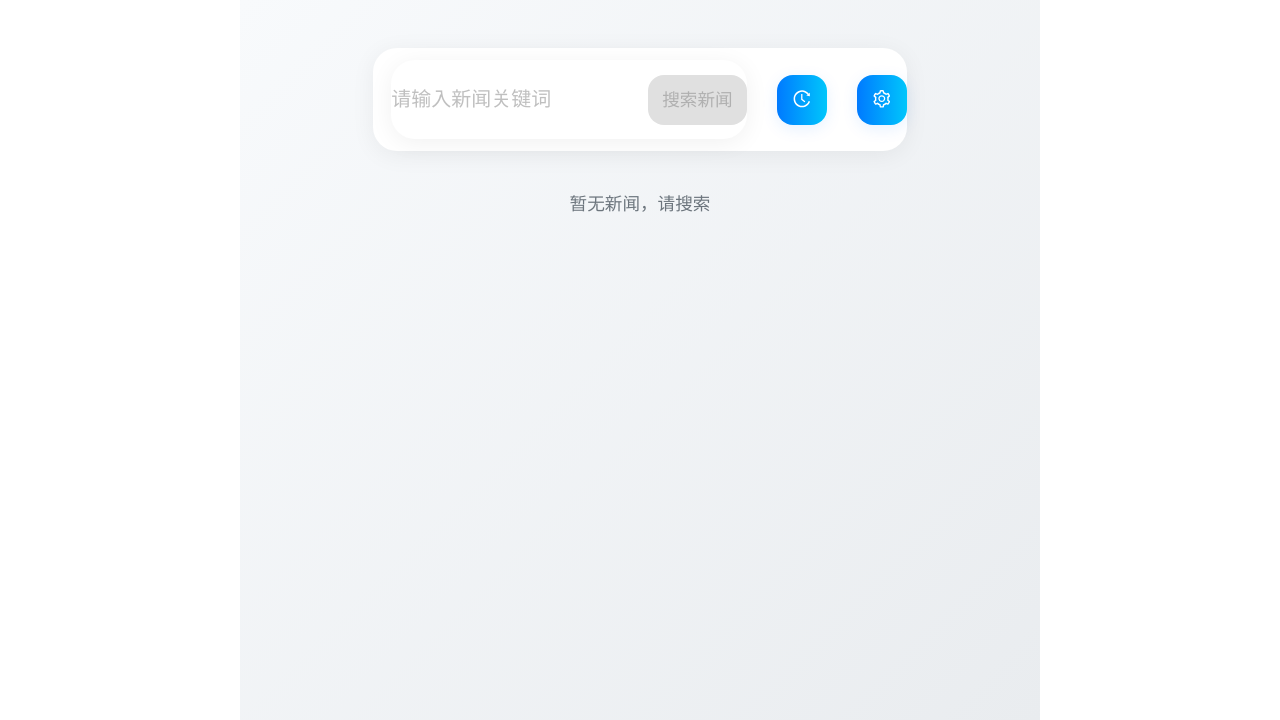
Repository: XJN7197/NewsAssistantBaseMCP
Page: / (app in frontend/)
These files come from the project's save history. The page is drawn as it stood at one moment and after the next save; the edit follows.
The browser window is 1280 px wide. The pictures show the whole page.
The project was rebuilt for these pictures with package versions that can differ from the ones it lists, and the page was loaded fresh each time. Also part of the build but not shown: frontend/vite.config.ts, frontend/src/components/NewsCard.tsx.

Above is the page before, as saved 2025-05-25 19:56:10.

After the next save:
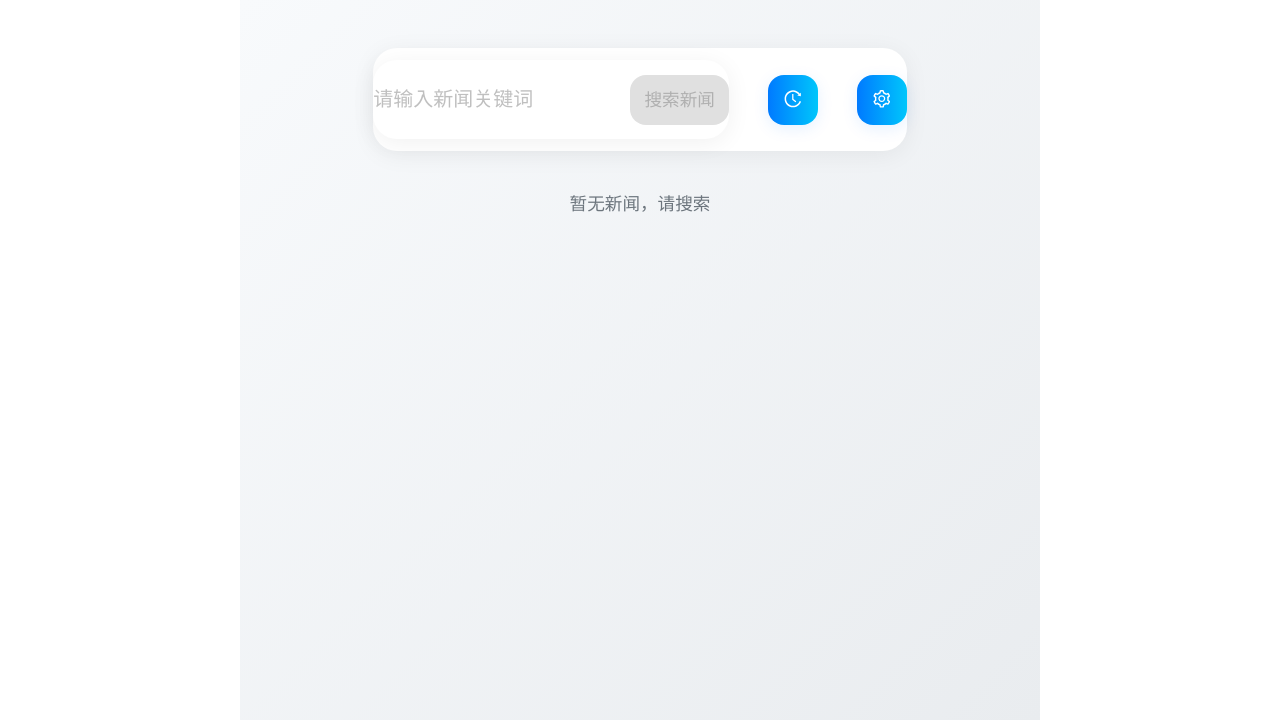
Saved 16 s later.
--- a/frontend/src/pages/Home.module.css
+++ b/frontend/src/pages/Home.module.css
@@ -11,9 +11,8 @@
 
 .search-bar {
   display: flex;
-  justify-content: flex-end;
+  justify-content: space-between;
   align-items: center;
-  gap: 30px;
   position: sticky;
   top: 0;
   z-index: 1;
